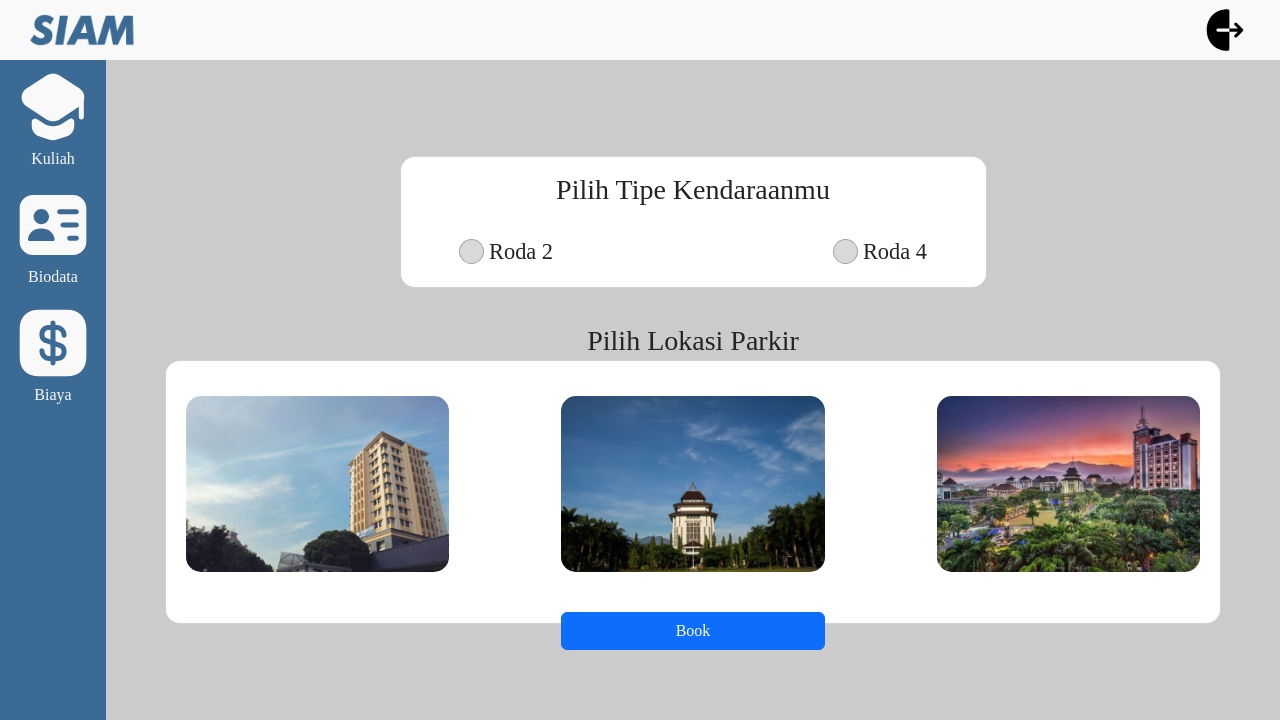
Repository: haikalirf/Project-IMK
Page: parkir.html
These files come from the project's save history. The page is drawn as it stood at one moment and after the next save; the edit follows.
The browser window is 1280 px wide. The pictures show the whole page.
Some web fonts or font styles are not loaded; a fallback is used.

Above is the page before, as saved 2022-12-12 23:44:26.

### parkir.html
<!DOCTYPE html>
<html lang="en">
<head>
	<meta charset="UTF-8">
	<meta http-equiv="X-UA-Compatible" content="IE=edge">
	<meta name="viewport" content="width=device-width, initial-scale=1.0">
	<title>SIAM</title>
	<link rel="icon" href="/assets/logo_ub.ico">
	<link rel="stylesheet" href="https://cdn.jsdelivr.net/npm/bootstrap@5.2.3/dist/css/bootstrap.min.css" integrity="sha384-rbsA2VBKQhggwzxH7pPCaAqO46MgnOM80zW1RWuH61DGLwZJEdK2Kadq2F9CUG65" crossorigin="anonymous">
	<link rel="stylesheet" href="/styles/parkir.css">
</head>
<body>
	<nav class="navbar" id="navbar">
		<a class="navbar-brand" href="/kuliah.html">
			<img id="navbar-image" src="/assets/SIAM.png" alt="SIAM">
		</a>
		<a class="navbar-link" href="landing.html">
			<img id="navbar-image" src="/assets/Logout.svg" alt="Logout">
		</a>
	</nav>
	<div class="mh-100" id="sidebar">
		<a class="btn" href="">
			<img id="sidebar-kuliah" src="/assets/Kuliah Logo.svg" alt="Kuliah">
			<label for="sidebar-kuliah">Kuliah</label>
		</a>
		<a class="btn" href="">
			<img id="sidebar-biodata" src="/assets/Biodata Logo.svg" alt="Biodata">
			<label for="sidebar-biodata">Biodata</label>
		</a>
		<a class="btn" href="">
			<img id="sidebar-biaya" src="/assets/Biaya Logo.svg" alt="Biaya">
			<label for="sidebar-biaya">Biaya</label>
		</a>
	</div>
	<main>
		<div class="card" id="cardTop">
			<h3 class="card-judul">Pilih Tipe Kendaraanmu</h3>
			<div class="d-flex justify-content-between" id="formRoda">
				<div class="form-check d-flex">
					<input class="form-check-input check-roda" type="radio" value="" name="radioRoda" id="checkRodaDua">
					<label class="form-check-label label-roda" for="checkRodaDua">
						Roda 2
					</label>
				</div>
				<div class="form-check d-flex">
					<input class="form-check-input check-roda" type="radio" value="" name="radioRoda" id="checkRodaEmpat">
					<label class="form-check-label label-roda" for="checkRodaEmpat">
						Roda 4
					</label>
				</div>
			</div>
		</div>
		<div class="card" id="cardBottom">
			<h3 class="card-judul">Pilih Lokasi Parkir</h3>
			<div class="d-flex align-content-around kumpulan-gambar-parkir">
				<input class="gambar-parkir" type="image" src="/assets/filkom.png" onclick="border(this)">
				<input class="gambar-parkir" type="image" src="/assets/rektorat.png" onclick="border(this)">
				<input class="gambar-parkir" type="image" src="/assets/seluruh_ub.png" onclick="border(this)">
			</div>
			<button type="button" class="btn btn-primary book-button">Book</button>
		</div>
	</main>
	<script src="https://cdn.jsdelivr.net/npm/bootstrap@5.2.3/dist/js/bootstrap.bundle.min.js" integrity="sha384-kenU1KFdBIe4zVF0s0G1M5b4hcpxyD9F7jL+jjXkk+Q2h455rYXK/7HAuoJl+0I4" crossorigin="anonymous"></script>
	<script src="/scripts/parkir.js"></script>
</body>
</html>

### styles/parkir.css
/* CSS Reset */
/*
	Josh's Custom CSS Reset
	https://www.joshwcomeau.com/css/custom-css-reset/
*/
*, *::before, *::after {
	box-sizing: border-box;
}
  * {
	margin: 0;
}
html, body {
	height: 100%;
}
body {
	line-height: 1.5;
	-webkit-font-smoothing: antialiased;
}
img, picture, video, canvas, svg {
	display: block;
	max-width: 100%;
}
input, button, textarea, select {
	font: inherit;
}
p, h1, h2, h3, h4, h5, h6 {
	overflow-wrap: break-word;
}
#root, #__next {
	isolation: isolate;
}
/* CSS Reset ends */

body {
	background-color: #cbcbcb;
	font-family: 'readex';
	font-size: 16px;
}

@font-face {
	font-family: 'readex';
	src:url('/assets/fonts/ReadexPro-Medium.ttf');
}

#navbar {
	display: flex;
	justify-content: space-between;
	position: fixed;
	background-color: #f9f9f9;
	z-index: 1;
	width: 100%;
	padding: 0px 30px;
}

#navbar-image {
	height: 50px;
}

main {
	padding-top: 60px;
	padding-left: 106px;
	display: flex;
	flex-direction: column;
	justify-content: center;
	align-items: center;
	height: 100vh;
	gap: 10vh;
}

#sidebar {
	background-color: #3b6a94;
	display: flex;
	flex-direction: column;
	flex: 1;
	position: fixed;
	height: 100vh;
	padding-top: 60px;
}

#sidebar img {
	width: 80px;
	height: 80px;
}

a img, a label {
	color: #f9f9f9;
}

.card {
	border-radius: 15px;
}

#cardTop {
	width: 50%;
	height: 20%;
	display: flex;
	justify-content: center;
}

.card-judul {
	align-self: center;
	padding: 10px 0px;
}

#formRoda {
	padding: 10px 10%;
}

.check-roda {
	width: 25px;
	height: 25px;
	background-color: #D9D9D9;
}

.label-roda {
	margin-left: 5px;
	font-size: 1.4em;
}

#cardBottom {
	width: 90%;
	height: 40%;
	display: flex;
	justify-content: center;
}

.kumpulan-gambar-parkir {
	justify-content: space-between;
}

.gambar-parkir {
	box-sizing: content-box;
	border-radius: 15px;
	width: 25%;
	height: 16.6%px;
	margin: 20px;
}

.book-button {
	align-self: center;
	width: 25%;
	margin: 20px;
}

### scripts/parkir.js
function border(image) {
	const allImage = document.querySelectorAll('.gambar-parkir');
	allImage.forEach(e => {
		e.style.outline = "";
	});
	image.style.outline = "8px solid #3B6A94";
}

function check(checkbox) {
	const allCheckbox = document.querySelectorAll('.check-roda');
	allCheckbox.forEach(e => {
		e.style.outline = "";
	});
	image.style.outline = "8px solid #3B6A94";
}

After the next save:
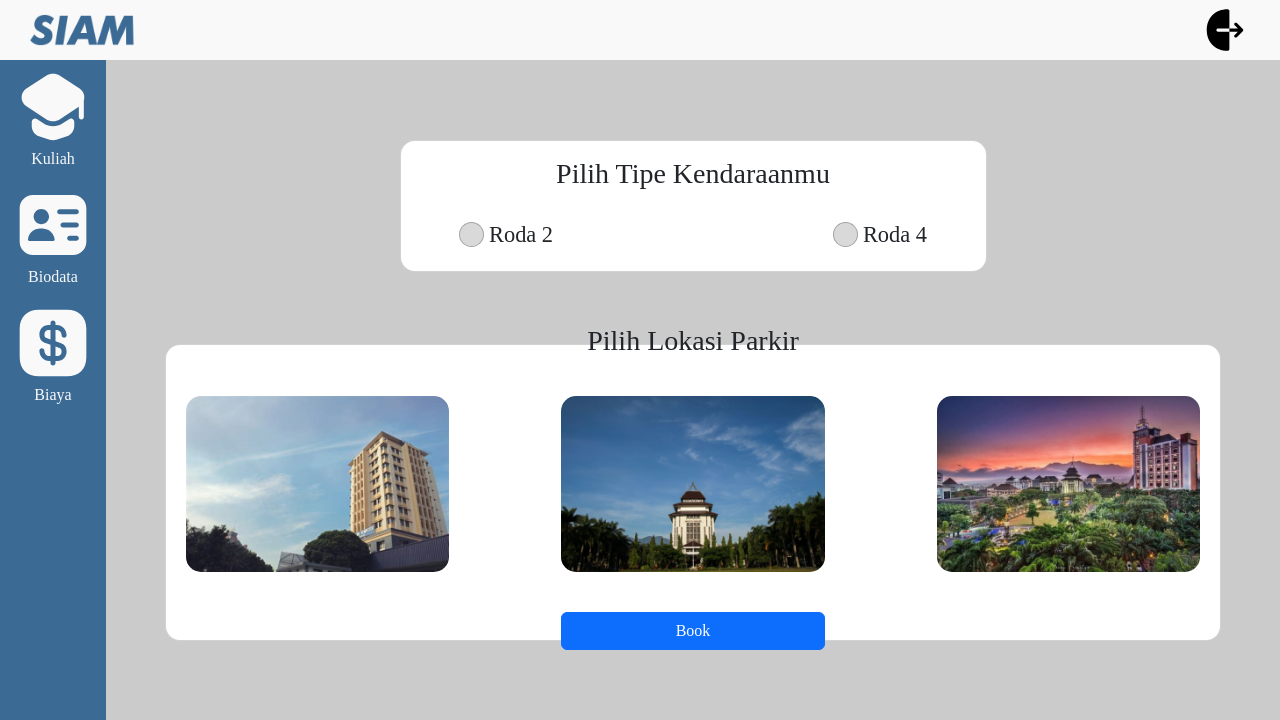
Saved 30 s later.
--- a/styles/parkir.css
+++ b/styles/parkir.css
@@ -119,7 +119,7 @@ a img, a label {
 
 #cardBottom {
 	width: 90%;
-	height: 40%;
+	height: 45%;
 	display: flex;
 	justify-content: center;
 }
